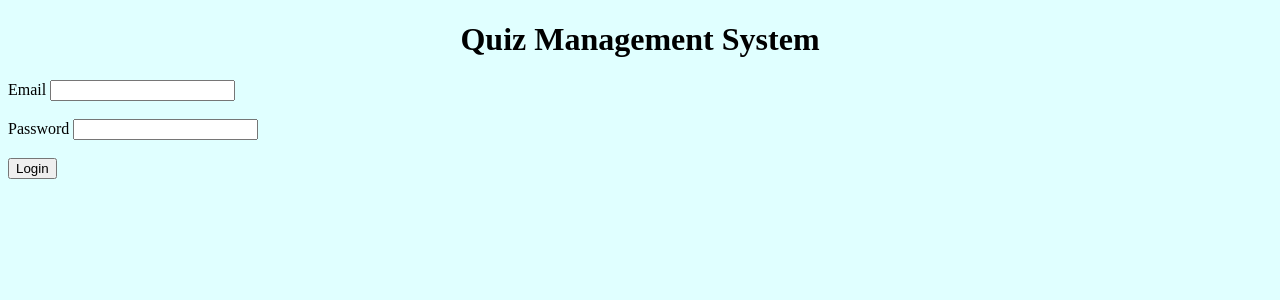
Repository: Rohitsenpai01/Quiz-Manangement-System
Page: http://localhost/WebQuizApp/
The author's editor kept a copy of each file at every save. The page is drawn from the files as they stood at one save, then again after the next save.
The browser window is 1280 px wide. The pictures show the whole page.
The page is served by Tomcat 9.

Above is the page before, as saved 2025-12-29 05:09:39.

After the next save:
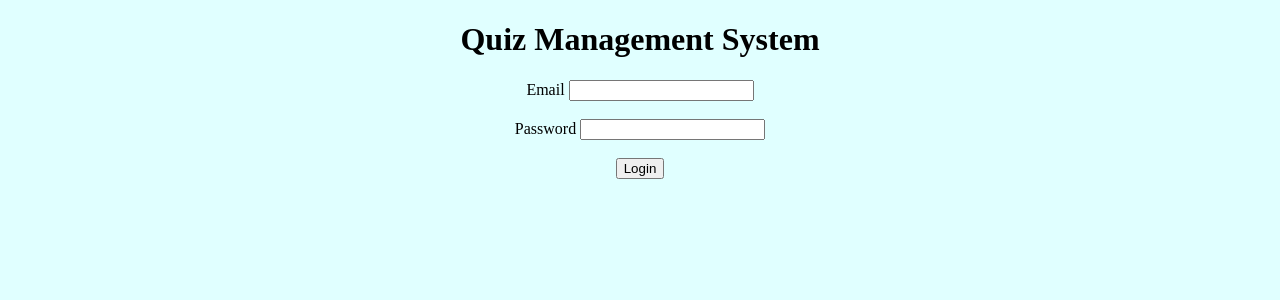
Saved 53 s later.
--- a/WebQuizApp/WebQuizApp/src/main/webapp/index.jsp
+++ b/WebQuizApp/WebQuizApp/src/main/webapp/index.jsp
@@ -8,7 +8,7 @@
 </head>
 <body bgcolor="${initParam.theme}">
 	<h1 style="text-align: center;">${initParam.appTitle}</h1>
-	<form method="post" action="login.jsp">
+	<form method="post" action="login.jsp" style="text-align: center;">
 		Email <input type="text" name="email"><br><br>
 		Password <input type="password" name="passwd"><br><br>
 		<input type="submit" value="Login">
